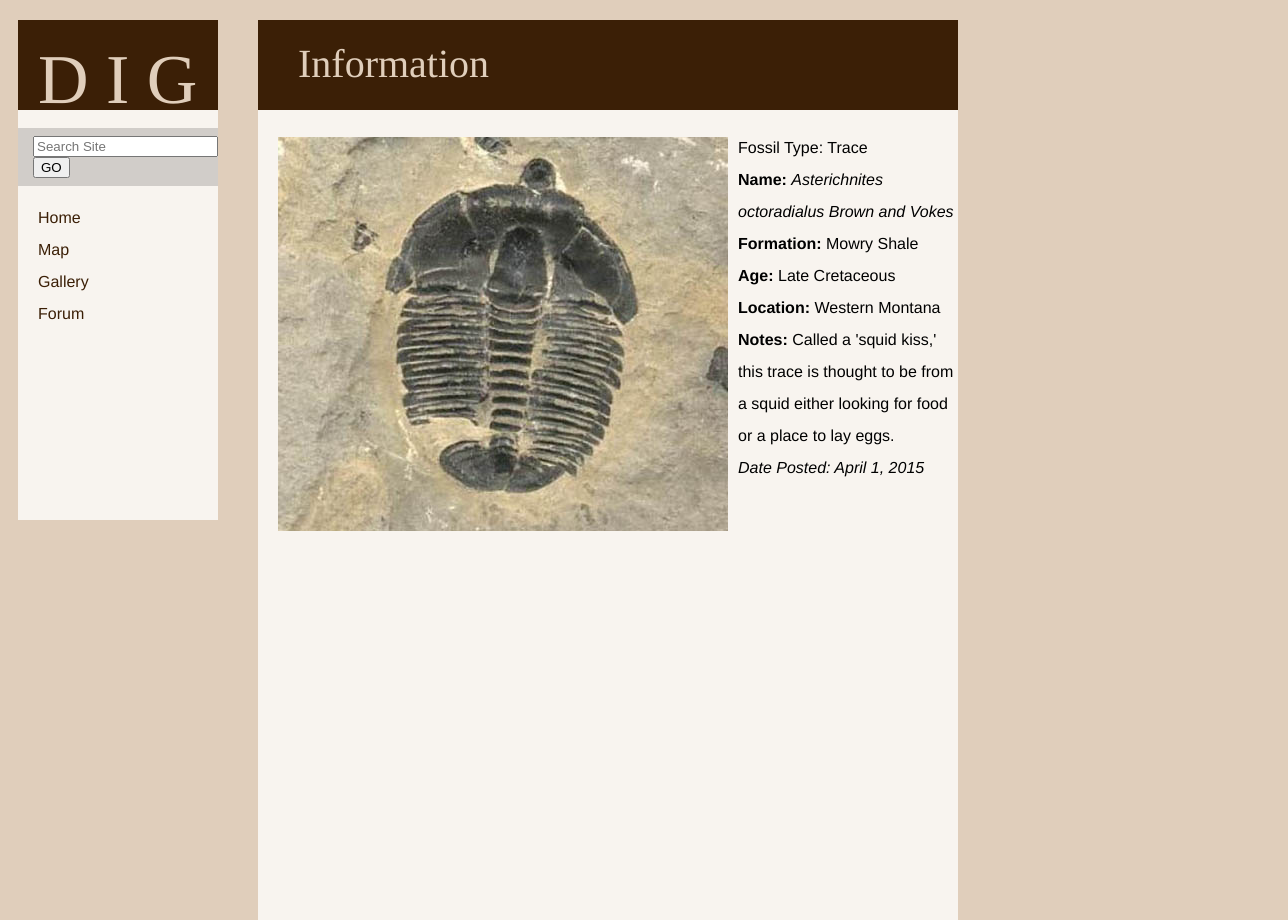
Repository: cbickhar/cbickhar.github.io
Page: catalog/info.html
The author's editor kept a record of every edit. The page is drawn from the files as they stood at one moment, then again after the next edit.
The browser window is 1280 px wide. The page is 1288 px wide, so the pictures cover 1288 px, including what lies to the right of the window. The pictures show the whole page.

Above is the page before.

After the next edit:
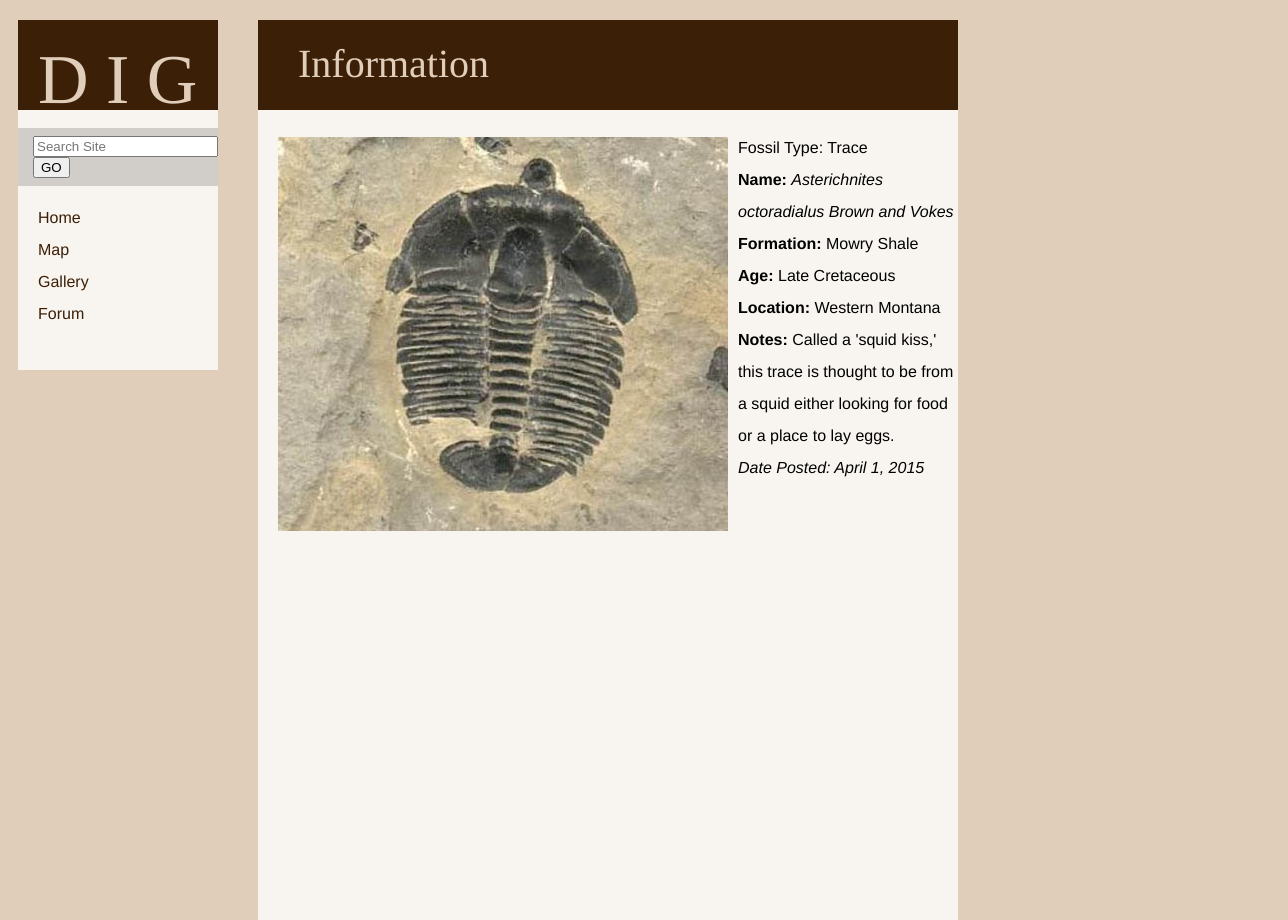
The edit:
--- a/catalog/styles.css
+++ b/catalog/styles.css
@@ -53,7 +53,7 @@
     font-weight: lighter;
 	background-color: #f8f4ef;
 	width: 200px;
-	height: 500px;
+	height: 350px;
 	margin-top: 0px;
 	margin-left: 10px;
 	float: left;
